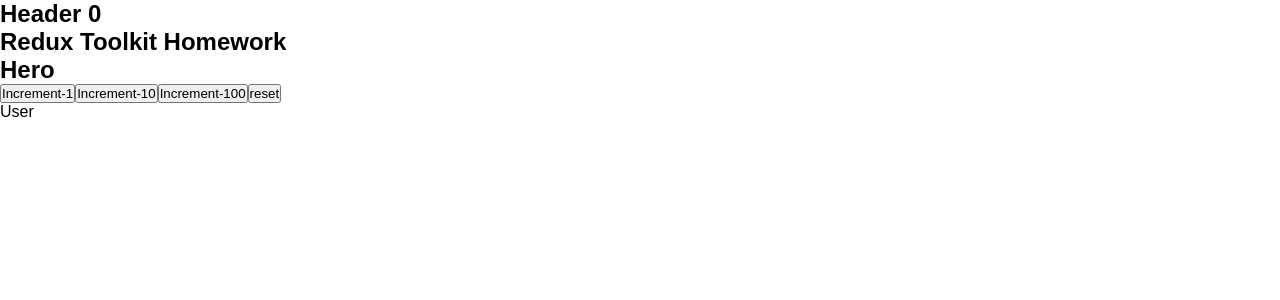
Repository: SitoraRashidova/userCrudFront
Page: /
These files come from the project's save history. The page is drawn as it stood at one moment and after the next save; the edit follows.
The browser window is 1280 px wide. The pictures show the whole page.
The project was rebuilt for these pictures with package versions that can differ from the ones it lists, and the page was loaded fresh each time. Also part of the build but not shown: vite.config.js, src/components/Product.jsx, src/components/Wishlist.jsx.

Above is the page before, as saved 2024-12-10 00:25:15.

### src/main.jsx
import { StrictMode } from "react";
import { createRoot } from "react-dom/client";
import "./index.css";
import App from "./App.jsx";
// redux toolkid codes here
import { Provider } from "react-redux";
import store from "./redux/index.js";

createRoot(document.getElementById("root")).render(
  <StrictMode>
    <Provider store={store}>
      <App />
    </Provider>
  </StrictMode>
);

### src/App.jsx
import React from "react";
import { Header } from "./components/Header";
import Hero from "./components/Hero";
import Product from "./components/Product";
import Wishlist from "./components/Wishlist";
import User from "./pages/user/User";
function App() {
  return (
    <>
      <Header />
      <h2>Redux Toolkit Homework</h2>
      <Hero />
      {/* <Product />
      <Wishlist /> */}
      <User />
    </>
  );
}

export default App;

### src/redux/index.js
import { configureStore } from "@reduxjs/toolkit";
import counterSlice from "./slices/counter-slice";
import wishlist from "./slices/wishlist-slice";
import user from "./slices/user-slice";
const store = configureStore({
  reducer: {
    counter: counterSlice,
    wishlist,
    user,
  },
});
export default store;

### src/components/Header.jsx
  import React from "react";
  import { useSelector } from "react-redux";

  export const Header = () => {
    const counter = useSelector((state) => state.counter.value);
    console.log(counter);
    return (
      <div>
        <h2>Header {counter}</h2>
      </div>
    );
  };

### src/components/Hero.jsx
import React from "react";
import { useDispatch } from "react-redux";
import { inc, reset } from "../redux/slices/counter-slice";
const Hero = () => {
  const dispatch = useDispatch();
  return (
    <div>
      <h2>Hero</h2>
      <button onClick={() => dispatch(inc(1))}>Increment-1</button>
      <button onClick={() => dispatch(inc(10))}>Increment-10</button>
      <button onClick={() => dispatch(inc(100))}>Increment-100</button>
      <button onClick={() => dispatch(reset())}>reset</button>
    </div>
  );
};

export default Hero;

### src/redux/slices/counter-slice.js
import { createSlice } from "@reduxjs/toolkit";
const counterSlice = createSlice({
  name: "counter",
  initialState: {
    value: 0,
  },
  reducers: {
    inc(state, action) {
      state.value += action.payload ? action.payload : 1 ;
    },
    dec(state) {
      state.value -= 1;
    },
    reset(state) {
      state.value = 0;
    },
  },
});
export const { inc, dec, reset } = counterSlice.actions; //setState
export default counterSlice.reducer; //state

### src/redux/slices/wishlist-slice.js
import { createSlice } from "@reduxjs/toolkit";

const wishlistSlice = createSlice({
  name: "wishlist",
  initialState: {
    value: [],
  },
  reducers: {
    addWishlist(state, action) {
      const index = state.value.findIndex(({ id }) => id === action.payload.id);
      if (index < 0) {
        state.value.push(action.payload);
      } else {
        state.value.filter(({ id }) => id !== action.payload.id);
      }
    },
  },
});
export const { addWishlist } = wishlistSlice.actions; //setState
export default wishlistSlice.reducer; //state

### src/redux/slices/user-slice.js
import { createSlice } from "@reduxjs/toolkit";

const initialState = {
  userInfo: {
    firstName: "",
    lastName: "",
    age: "",
    address: "",
    email: "",
    password: "",
    confirmPassword: "",
    gender: "",
  },
  users: [],
};

const userSlice = createSlice({
  name: "user",
  initialState,
  reducers: {
    setUserInfo: (state, action) => {
      state.userInfo = action.payload;
    },
    addUser: (state) => {
      state.users.push(state.userInfo);
      state.userInfo = initialState.userInfo;
    },
    updateUser: (state, action) => {
      const index = state.users.findIndex(
        (user) => user.email === action.payload.email
      );
      if (index !== -1) {
        state.users[index] = action.payload;
      }
    },
    deleteUser: (state, action) => {
      state.users = state.users.filter((user) => user.email !== action.payload);
    },
  },
});

export const { setUserInfo, addUser, updateUser, deleteUser } =
  userSlice.actions;

export default userSlice.reducer;

Loaded but not shown: index.html (common file); src/index.css (common file); src/pages/user/User.jsx (common file)

After the next save:
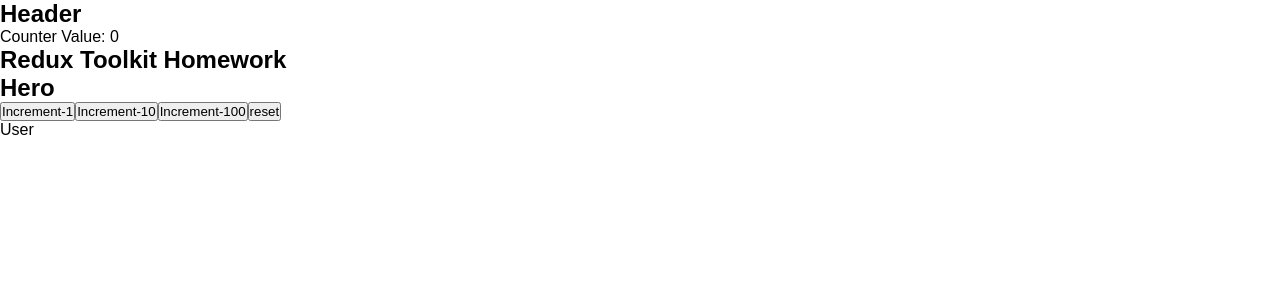
Saved 28 s later.
--- a/src/components/Header.jsx
+++ b/src/components/Header.jsx
@@ -1,12 +1,17 @@
-  import React from "react";
-  import { useSelector } from "react-redux";
+import React from "react";
+import { useSelector } from "react-redux";
 
-  export const Header = () => {
-    const counter = useSelector((state) => state.counter.value);
-    console.log(counter);
-    return (
-      <div>
-        <h2>Header {counter}</h2>
-      </div>
-    );
-  };
+export const Header = () => {
+  const counter = useSelector((state) => state.counter.value);
+  console.log(counter);
+
+  return (
+    <div className="bg-gray-800 text-white p-4 shadow-lg rounded-lg mb-6">
+      <h2 className="text-2xl font-semibold text-center">Header</h2>
+      <p className="text-center text-lg mt-2">
+        Counter Value:{" "}
+        <span className="font-bold text-green-400">{counter}</span>
+      </p>
+    </div>
+  );
+};
